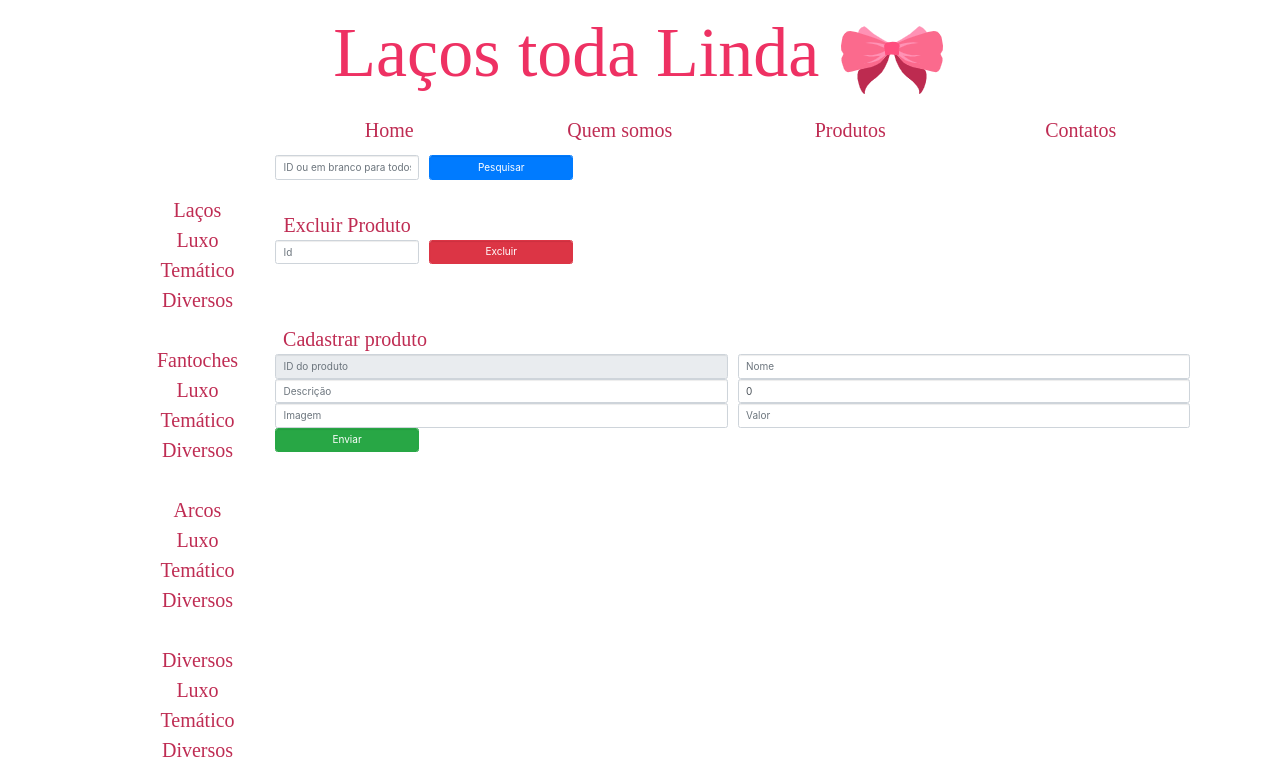
Repository: felipe-camilo/projin2
Page: http://localhost/projetointegrador/admin.jsp
An editor plug-in stored every save of this project. The page is shown before and after the next save, followed by the edit.
The browser window is 1280 px wide. The pictures show the whole page.
Some web fonts or font styles are not loaded; a fallback is used. The page is served by Tomcat 9. Other server files are loaded and not shown.

Above is the page before, as saved 2022-03-30 01:49:05.

### projetointegrador/src/main/webapp/admin.jsp
<%@ page language="java" contentType="text/html; charset=ISO-8859-1"
	pageEncoding="ISO-8859-1"%>
<%@ page import="java.sql.Connection"%>
<%@ page import="java.sql.Statement"%>
<%@ page import="java.sql.DriverManager"%>
<%@ page import="java.sql.ResultSet"%>
<!DOCTYPE html>
<html>
<head>
<style>
@import	url('https://fonts.googleapis.com/css2?family=Sacramento&display=swap');
@import	url('https://fonts.googleapis.com/css2?family=Lobster&family=Sacramento&display=swap');
@import	url('https://fonts.googleapis.com/css2?family=Indie+Flower&display=swap');

.entrada {
	margin-button: 50px;
}

</style>
<meta charset="UTF-8">
<meta http-equiv="X-UA-Compatible" content="IE=edge">
<meta name="viewport" content="width=device-width, initial-scale=1.0">
<title>Laços toda Linda</title>

<link rel="stylesheet" href="css/style.css">
<link rel="stylesheet"
	href="https://maxcdn.bootstrapcdn.com/bootstrap/3.4.1/css/bootstrap.min.css">
<link rel="stylesheet"
	href="https://stackpath.bootstrapcdn.com/bootstrap/4.3.1/css/bootstrap.min.css">
<link rel="stylesheet" type="text/css" href="css/flexslider.css">
<script type="text/javascript"
	src="http://code.jquery.com/jquery.min.js"></script>
<script type="text/javascript" src="js/jquery.flexslider.js"></script>
<meta charset="ISO-8859-1">

<title>Produtos</title>
</head>


<body>
	<div class="container">

		<header class="topo">
			<div class="row justify-content-md-center text-center">
				<div class="col-md-12">
					<div class="texto-logo">
						Laços toda Linda <img class="logo" src="img/laco.png">
					</div>
				</div>
			</div>
		</header>

		<%
String nome = "";
String descricao = "";
int categoria = 0;
String img = "";
Float valor = 0.f;
String frase = "";
String action = "Enviar";
String pagina = "inserir.jsp";
int produto = 0;
String pesquisa = request.getParameter("pesquisa");
if (pesquisa != null) {
	//out.print(pesquisa);
	frase = "Editar Produto";
	action = "Editar";
	pagina = "editar.jsp";
	try {
		//Class.forName("com.mysql.jdbc.Driver");

		//String pesquisa = request.getParameter("pesquisa");

		Connection conectar;
		Statement stmt;
		ResultSet resultado;
		String servidordb = "jdbc:mysql://localhost:3306/databasepi";
		String user = "root";
		String pass = "root";

		produto = Integer.parseInt(pesquisa);
		//out.print(pesquisa);
		int id = 0;
		Class.forName("com.mysql.jdbc.Driver");

		conectar = DriverManager.getConnection(servidordb, user, pass);
		stmt = conectar.createStatement();
		String sql = "SELECT * FROM produto WHERE codigo =" + produto;
		resultado = stmt.executeQuery(sql);
		while (resultado.next()) {
	nome = resultado.getString("nome");
	descricao = resultado.getString("descricao");
	categoria = Integer.parseInt(resultado.getString("categoria"));
	valor = Float.parseFloat(resultado.getString("valor"));
	img = resultado.getString("img");
		}

	} catch (Exception e) {
		e.printStackTrace();
		out.println(e);
	}
} else {
	frase = "Cadastrar produto";
}
%>

		<!-- menu superior -->

		<section class="menu-superior">
			<div class="row justify-content-md-center text-center">
				<div class="col-md-2"></div>
				<div class="col-md-10">
					<ul class="nav nav-pills nav-justified nav-menu-superior">
						<li class="nav-item"><a class="nav-link texto-categoria"
							href="index.jsp">Home</a></li>
						<li class="nav-item"><a class="nav-link texto-categoria"
							href="quem_somos.jsp">Quem somos</a></li>
						<li class="nav-item"><a class="nav-link texto-categoria"
							href="produtos.html">Produtos</a></li>
						<li class="nav-item"><a class="nav-link texto-categoria"
							href="contato.html">Contatos</a></li>
					</ul>
				</div>

			</div>
		</section>


		<section>
			<div class="row">
				<div class="col-md-12 text-align-center">
					<div class="col-md-2 menu-lateral">
						<ul class="menu-lateral-lista">
							<li class="menu-lateral-categoria">Laços</li>
							<li class="">Luxo</li>
							<li class="">Temático</li>
							<li class="">Diversos</li>
							<li class="menu-lateral-categoria">Fantoches</li>
							<li class="">Luxo</li>
							<li class="">Temático</li>
							<li class="">Diversos</li>
							<li class="menu-lateral-categoria">Arcos</li>
							<li class="">Luxo</li>
							<li class="">Temático</li>
							<li class="">Diversos</li>
							<li class="menu-lateral-categoria">Diversos</li>
							<li class="">Luxo</li>
							<li class="">Temático</li>
							<li class="">Diversos</li>
						</ul>
					</div>
					<form action="consulta.jsp" method="get">
						<div class="form-row">


						</div>
						<div class="form-row">
							<div class="col-2">
								<input type="text" class="form-control entrada"
									placeholder="ID ou em branco para todos" name="pesquisa">
							</div>
							<div class="col-2">
								<input class="form-control btn-primary" type="submit"
									name="pesquisar" value="Pesquisar">
							</div>
						</div>
					</form>

					<form action="excluir.jsp" method="get">
						<div class="form-row">
							<div class="col-2 menu-lateral-categoria">Excluir Produto</div>

						</div>
						<div class="form-row">
							<div class="col-2">
								<input type="number" class="form-control entrada"
									placeholder="Id" name="pesquisa" placeholder="Entre com o ID:"
									required>
							</div>
							<div class="col-2">
								<input class="form-control btn-danger" type="submit"
									name="Excluir" value="Excluir">
							</div>
						</div>
					</form>
					<br>

					<br>

					<div class="col-4"></div>
					<div class="col-4 menu-lateral-categoria">
						<%
						out.print(frase);
						%>

					</div>
					<div class="col-4"></div>
					<form action="<%out.print(pagina);%>" method="get">
						<div class="form-row">
							<div class="col-6">
								<input type="text" class="form-control entrada"	placeholder="ID do produto"
									value="<%if (produto == 0) {
											out.print("");
										} else {
											out.print(produto);
										}%>"
									name="produto" readonly>
							</div>
							<div class="col-6">
								<input type="text" class="form-control" placeholder="Nome" name="nome" value="<%out.print(nome);%>">
							</div>
							<div class="col-6">
								<input type="text" class="form-control" placeholder="Descrição"	value="<%out.print(descricao);%>" name="descricao" required>
							</div>
							<div class="col-6">
								<input type="text" class="form-control" placeholder="Categoria"	name="categoria" required value="<%out.print(categoria);%>">
							</div>
							<div class="col-6">
								<input type="text" class="form-control" placeholder="Imagem" value="<%out.print(img);%>" name="img">
							</div>
							<div class="col-6">
								<input type="text" class="form-control" placeholder="Valor"
									value="<%if (valor == 0) {
											out.print("");
										} else {
											out.print(valor);
										}%>"
									name="valor" required>
							</div>
							<div class="col-2">
								<input type="submit" class="form-control btn-success"
									value="<%out.print(action);%>" name="btn">
							</div>
							<div class="col-6"></div>
						</div>
					</form>

				</div>
			</div>
		</section>
	</div>

</body>
</html>

### projetointegrador/src/main/webapp/css/style.css
@media screen and (min-width: 601px) {
    .texto-logo {
      font-size: 80px;
    }

  }

@media screen and (max-width: 600px) {
    .texto-logo {
        font-size: 50px;
    }
}

@media screen and (min-width: 601px) {
    .texto-logo {
    font-size: 70px;
    }
}

.texto-logo {
    font-family: 'Sacramento', cursive;
    font-size: 20;
    color:#EE3163;
}

.texto-categoria {
    font-family: 'Lobster', cursive;
    color:#BF2C53;
    font-size: 20px;
    text-align: center;
    align-items: center;
}

.texto-categoria a.hover{
    color: green;
}


.texto-categoria-divisao {
    font-family: 'Lobster', cursive;
    color:#BF2C53;
    font-size: 20px;
    text-align: center;
    align-items: center;
    margin-bottom: 20px;
}

 .menu-lateral {
    text-align: center;
    font-family: 'Indie Flower', cursive;
    color:#BF2C53;
    font-size: 20px;
    text-decoration: none;
    margin-top: 10px;
 }


 .menu-lateral-categoria {
    text-align: center;
    font-family: 'Lobster', cursive;
    color:#BF2C53;
    font-size: 20px;
    text-decoration: none;
    margin-top: 30px;
 }

p {
    text-align: justify;
    font-family: 'Indie Flower', cursive;
    color:#BF2C53;
    font-size: 20px;
    margin-top: 50px;
 }

 .menu-lateral-lista {
    list-style-type: none;

 }

### projetointegrador/src/main/webapp/css/flexslider.css
/*
 * jQuery FlexSlider v2.7.2
 * https://www.woocommerce.com/flexslider/
 *
 * Copyright 2012 WooThemes
 * Free to use under the GPLv2 and later license.
 * http://www.gnu.org/licenses/gpl-2.0.html
 *
 * Contributing author: Tyler Smith (@mbmufffin)
 *
 */
/* ====================================================================================================================
 * FONT-FACE
 * ====================================================================================================================*/
@font-face {
  font-family: 'flexslider-icon';
  src: url('fonts/flexslider-icon.eot');
  src: url('fonts/flexslider-icon.eot?#iefix') format('embedded-opentype'), url('fonts/flexslider-icon.woff') format('woff'), url('fonts/flexslider-icon.ttf') format('truetype'), url('fonts/flexslider-icon.svg#flexslider-icon') format('svg');
  font-weight: normal;
  font-style: normal;
}
/* ====================================================================================================================
 * RESETS
 * ====================================================================================================================*/
.flex-container a:hover,
.flex-slider a:hover {
  outline: none;
}
.slides,
.slides > li,
.flex-control-nav,
.flex-direction-nav {
  margin: 0;
  padding: 0;
  list-style: none;
}
.flex-pauseplay span {
  text-transform: capitalize;
}
/* ====================================================================================================================
 * BASE STYLES
 * ====================================================================================================================*/
.flexslider {
  margin: 0;
  padding: 0;
}
.flexslider .slides > li {
  display: none;
  -webkit-backface-visibility: hidden;
}
.flexslider .slides img {
  width: 100%;
  display: block;
}
.flexslider .slides:after {
  content: "\0020";
  display: block;
  clear: both;
  visibility: hidden;
  line-height: 0;
  height: 0;
}
html[xmlns] .flexslider .slides {
  display: block;
}
* html .flexslider .slides {
  height: 1%;
}
.no-js .flexslider .slides > li:first-child {
  display: block;
}
/* ====================================================================================================================
 * DEFAULT THEME
 * ====================================================================================================================*/
.flexslider {
  margin: 0 0 60px;
  background: #fff;
  border: 4px solid #fff;
  position: relative;
  zoom: 1;
  -webkit-border-radius: 4px;
  -moz-border-radius: 4px;
  border-radius: 4px;
  -webkit-box-shadow: '' 0 1px 4px rgba(0, 0, 0, 0.2);
  -moz-box-shadow: '' 0 1px 4px rgba(0, 0, 0, 0.2);
  -o-box-shadow: '' 0 1px 4px rgba(0, 0, 0, 0.2);
  box-shadow: '' 0 1px 4px rgba(0, 0, 0, 0.2);
}
.flexslider .slides {
  zoom: 1;
}
.flexslider .slides img {
  height: auto;
  -moz-user-select: none;
}
.flex-viewport {
  max-height: 2000px;
  -webkit-transition: all 1s ease;
  -moz-transition: all 1s ease;
  -ms-transition: all 1s ease;
  -o-transition: all 1s ease;
  transition: all 1s ease;
}
.loading .flex-viewport {
  max-height: 300px;
}
@-moz-document url-prefix() {
  .loading .flex-viewport {
    max-height: none;
  }
}
.carousel li {
  margin-right: 5px;
}
.flex-direction-nav {
  *height: 0;
}
.flex-direction-nav a {
  text-decoration: none;
  display: block;
  width: 40px;
  height: 40px;
  margin: -20px 0 0;
  position: absolute;
  top: 50%;
  z-index: 10;
  overflow: hidden;
  opacity: 0;
  cursor: pointer;
  color: rgba(0, 0, 0, 0.8);
  text-shadow: 1px 1px 0 rgba(255, 255, 255, 0.3);
  -webkit-transition: all 0.3s ease-in-out;
  -moz-transition: all 0.3s ease-in-out;
  -ms-transition: all 0.3s ease-in-out;
  -o-transition: all 0.3s ease-in-out;
  transition: all 0.3s ease-in-out;
}
.flex-direction-nav a:before {
  font-family: "flexslider-icon";
  font-size: 40px;
  display: inline-block;
  content: '\f001';
  color: rgba(0, 0, 0, 0.8);
  text-shadow: 1px 1px 0 rgba(255, 255, 255, 0.3);
}
.flex-direction-nav a.flex-next:before {
  content: '\f002';
}
.flex-direction-nav .flex-prev {
  left: -50px;
}
.flex-direction-nav .flex-next {
  right: -50px;
  text-align: right;
}
.flexslider:hover .flex-direction-nav .flex-prev {
  opacity: 0.7;
  left: 10px;
}
.flexslider:hover .flex-direction-nav .flex-prev:hover {
  opacity: 1;
}
.flexslider:hover .flex-direction-nav .flex-next {
  opacity: 0.7;
  right: 10px;
}
.flexslider:hover .flex-direction-nav .flex-next:hover {
  opacity: 1;
}
.flex-direction-nav .flex-disabled {
  opacity: 0!important;
  filter: alpha(opacity=0);
  cursor: default;
  z-index: -1;
}
.flex-pauseplay a {
  display: block;
  width: 20px;
  height: 20px;
  position: absolute;
  bottom: 5px;
  left: 10px;
  opacity: 0.8;
  z-index: 10;
  overflow: hidden;
  cursor: pointer;
  color: #000;
}
.flex-pauseplay a:before {
  font-family: "flexslider-icon";
  font-size: 20px;
  display: inline-block;
  content: '\f004';
}
.flex-pauseplay a:hover {
  opacity: 1;
}
.flex-pauseplay a.flex-play:before {
  content: '\f003';
}
.flex-control-nav {
  width: 100%;
  position: absolute;
  bottom: -40px;
  text-align: center;
}
.flex-control-nav li {
  margin: 0 6px;
  display: inline-block;
  zoom: 1;
  *display: inline;
}
.flex-control-paging li a {
  width: 11px;
  height: 11px;
  display: block;
  background: #666;
  background: rgba(0, 0, 0, 0.5);
  cursor: pointer;
  text-indent: -9999px;
  -webkit-box-shadow: inset 0 0 3px rgba(0, 0, 0, 0.3);
  -moz-box-shadow: inset 0 0 3px rgba(0, 0, 0, 0.3);
  -o-box-shadow: inset 0 0 3px rgba(0, 0, 0, 0.3);
  box-shadow: inset 0 0 3px rgba(0, 0, 0, 0.3);
  -webkit-border-radius: 20px;
  -moz-border-radius: 20px;
  border-radius: 20px;
}
.flex-control-paging li a:hover {
  background: #333;
  background: rgba(0, 0, 0, 0.7);
}
.flex-control-paging li a.flex-active {
  background: #000;
  background: rgba(0, 0, 0, 0.9);
  cursor: default;
}
.flex-control-thumbs {
  margin: 5px 0 0;
  position: static;
  overflow: hidden;
}
.flex-control-thumbs li {
  width: 25%;
  float: left;
  margin: 0;
}
.flex-control-thumbs img {
  width: 100%;
  height: auto;
  display: block;
  opacity: .7;
  cursor: pointer;
  -moz-user-select: none;
  -webkit-transition: all 1s ease;
  -moz-transition: all 1s ease;
  -ms-transition: all 1s ease;
  -o-transition: all 1s ease;
  transition: all 1s ease;
}
.flex-control-thumbs img:hover {
  opacity: 1;
}
.flex-control-thumbs .flex-active {
  opacity: 1;
  cursor: default;
}
/* ====================================================================================================================
 * RESPONSIVE
 * ====================================================================================================================*/
@media screen and (max-width: 860px) {
  .flex-direction-nav .flex-prev {
    opacity: 1;
    left: 10px;
  }
  .flex-direction-nav .flex-next {
    opacity: 1;
    right: 10px;
  }
}

Loaded but not shown: projetointegrador/src/main/webapp/js/jquery.flexslider.js (library)

After the next save:
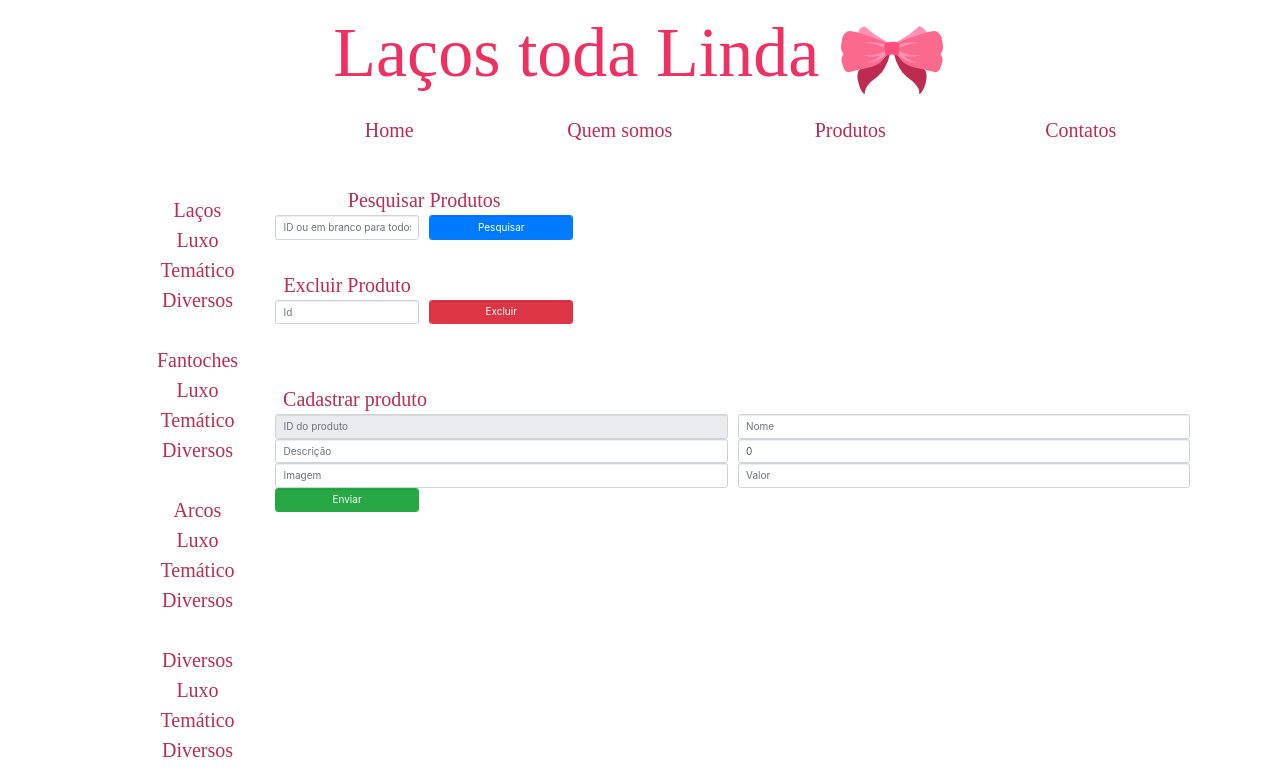
Saved 5 s later.
--- a/projetointegrador/src/main/webapp/admin.jsp
+++ b/projetointegrador/src/main/webapp/admin.jsp
@@ -151,7 +151,7 @@
 					</div>
 					<form action="consulta.jsp" method="get">
 						<div class="form-row">
-
+							<div class="col-4 menu-lateral-categoria">Pesquisar	Produtos</div>
 
 						</div>
 						<div class="form-row">
